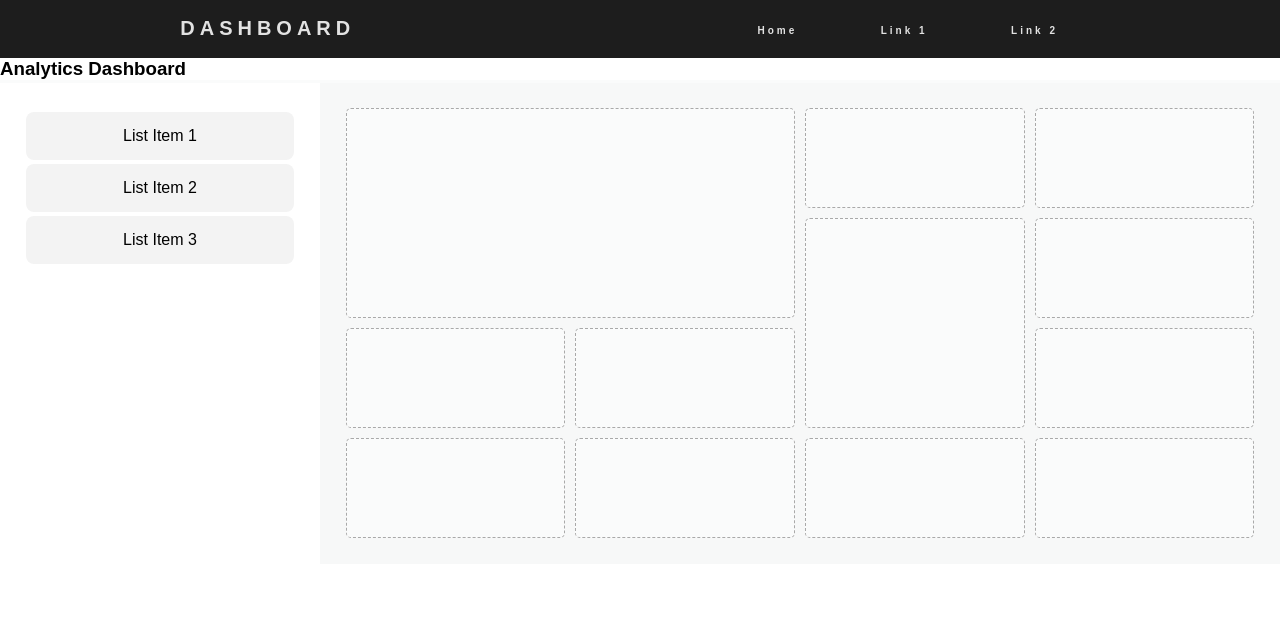
Repository: nourabdelhakam/drag-drop
Page: index.html
These files come from the project's save history. The page is drawn as it stood at one moment and after the next save; the edit follows.
The browser window is 1280 px wide. The pictures show the whole page.

Above is the page before, as saved 2020-07-03 11:39:04.

### index.html
<!DOCTYPE html>
<html lang="en">
<head>
    <meta charset="UTF-8">
    <meta name="viewport" content="width=device-width, initial-scale=1.0">
    <meta http-equiv="X-UA-Compatible" content="ie=edge">
    <title>Drag & Drop</title>
    <link rel="stylesheet" href="nav/nav.css">
    <link rel="stylesheet" href="css/main.css">
</head>
<body>

    <!-- <nav> -->
        <nav>
            <div class="logo">
                <h4>Dashboard</h4>
            </div>
            <ul class="nav-links">
                <li><a href="">Home</a></li>
                <li><a href="">Link 1</a></li>
                <li><a href="">Link 2</a></li>
            </ul>
            <div class="burger">
                <div class="line1"></div>
                <div class="line2"></div>
                <div class="line3"></div>
            </div>
        </nav>
      <!-- </nav> end of nav -->

      <section>
          <h3>Analytics Dashboard</h3>
          <div class="container">
            <div class="left">
                <div class="list">
                    <div class="list-item" draggable="true">List Item 1</div>
                    <div class="list-item" draggable="true">List Item 2</div>
                    <div class="list-item" draggable="true">List Item 3</div>
                </div>
              </div>
              <div class="right">
                  <div class="wrapper">
                    <div class="list"></div>
                    <div class="list"></div>
                    <div class="list"></div>
                    <div class="list"></div>
                    <div class="list"></div>
                    <div class="list"></div>
                    <div class="list"></div>
                    <div class="list"></div>
                    <div class="list"></div>
                    <div class="list"></div>
                    <div class="list"></div>
                    <div class="list"></div>
                  </div>
              </div>
          </div>
      </section>

    <script src="main.js" type="text/javascript"></script>
    <script src="nav/nav.js" type="text/javascript"></script>
</body>
</html>

### nav/nav.css
nav {
    display: flex;
    justify-content: space-around;
    align-items: center;
    min-height: 8vh;
    background-color: #1D1D1D;
    font-family: "Poppins", sans-serif;
}
.logo {
    color: rgb(226, 226, 226);
    text-transform: uppercase;
    letter-spacing: 5px;
    font-size: 20px;
}
.nav-links {
    display: flex;
    justify-content: space-around;
    width: 30%;
}
.nav-links li {
    list-style: none;
}
.nav-links a {
    color: rgb(226, 226, 226);
    text-decoration: none;
    letter-spacing: 3px;
    font-weight: bold;
    font-size: 10px;
}
.burger {
    display: none;
    cursor: pointer;
}
.burger div {
    width: 25px;
    height: 3px;
    background-color: rgb(226, 226, 226);
    margin: 5px;
    transition: all 0.3s ease;
}


@media screen and (max-width:1024px) {
    .nav-links {
        width: 60%;
    }
}

@media screen and (max-width:768px) {

    body {
        overflow-x: hidden;
    }
    .nav-links {
        position: absolute;
        right: 0px;
        height: 92vh;
        top: 8vh;
        background-color: #1D1D1D;
        display: flex;
        flex-direction: column;
        align-items: center;
        width: 50%;
        transform: translatex(100%);
        transition: transform 0.5s ease-in;
    }
    .nav-links li {
        opacity: 0;
    }
    .burger {
        display: block;
    }
}

.nav-active {
    transform: translatex(0%);
}

@keyframes navLinkFade {
    from {
        opacity: 0;
        transform: translatex(50%);
    }
    to {
        opacity: 1;
        transform: translatex(0%);
    }
}

.toggle .line1 {
    transform: rotate(-45deg) translate(-5px, 6px);
}
.toggle .line2 {
    opacity: 0;
}
.toggle .line3 {
    transform: rotate(45deg) translate(-5px, -6px);
}

.landing {
    height: 90vh;
    display: flex;
    justify-content: center;
    align-items: center;
}
.landing h1 {
    margin: 100px;
    font-size: 50px;
    color: #ae5fce;
}

### css/main.css
* {
    margin: 0;
    padding: 0;
    box-sizing: border-box;
}
body {
    font-family: Arial, Helvetica, sans-serif;
}
.container {
    border-top: 3px solid #FAFBFB;
}
.left {
    width: 25%;
    height: 100%;
    float: left;
    padding: 2%;
}
.right {
    width: 75%;
    height: 100%;
    float: left;
    padding: 2%;
    background-color: #F7F8F8;
}

.list-item {
    background-color: #F3F3F3;
    border-radius: 8px;
    padding: 15px 20px;
    text-align: center;
    margin: 4px 0;
}

.wrapper > div {
    border: 1px dashed darkgrey;
    border-radius: 5px;
    background-color: #FAFBFB;
    padding: 1em;
}
.wrapper {
  display: grid;
  grid-template-columns: repeat(4, 1fr);
  grid-auto-rows: 100px;
  grid-gap: 10px;
}
 .wrapper div:nth-child(2) {
   grid-column: 3;
   grid-row: 2 / 4;
}
 .wrapper div:nth-child(5) {
   grid-column: 1 / 3;
   grid-row: 1 / 3;
}

### main.js
const list_items = document.querySelectorAll('.list-item');
const lists = document.querySelectorAll('.list');

let draggedItem = null;

for (let i = 0; i < list_items.length; i++) {
	const item = list_items[i];

	item.addEventListener('dragstart', function () {
		draggedItem = item;
		setTimeout(function () {
			item.style.display = 'none';
		}, 0)
	});

	item.addEventListener('dragend', function () {
		setTimeout(function () {
			draggedItem.style.display = 'block';
			draggedItem = null;
		}, 0);
	})

	for (let j = 0; j < lists.length; j ++) {
		const list = lists[j];

		list.addEventListener('dragover', function (e) {
			e.preventDefault();
		});

		list.addEventListener('dragenter', function (e) {
			e.preventDefault();
			this.style.backgroundColor = '#F9FDFF';
		});

		list.addEventListener('dragleave', function (e) {
			this.style.backgroundColor = '#FFFFFF';
		});

		list.addEventListener('drop', function (e) {
			console.log('drop');
			this.append(draggedItem);
			this.style.backgroundColor = 'rgba(0, 0, 0, 0.1)';
		});
	}
}

### nav/nav.js
const navSlide = () => {
    const burger = document.querySelector('.burger');
    const nav = document.querySelector('.nav-links');
    const navLinks = document.querySelectorAll('.nav-links li');


    burger.addEventListener('click', () => {

        //Toggle Nav
        nav.classList.toggle('nav-active');

        //Animate Links
        navLinks.forEach((link, index) => {

            if (link.style.animation) {
                link.style.animation = '';
            } else {
                link.style.animation = `navLinkFade 0.5s ease forwards ${index / 7 + 0.3}s`;
            }

        });

        //Burger Animation
        burger.classList.toggle('toggle');
    });

}

navSlide();

After the next save:
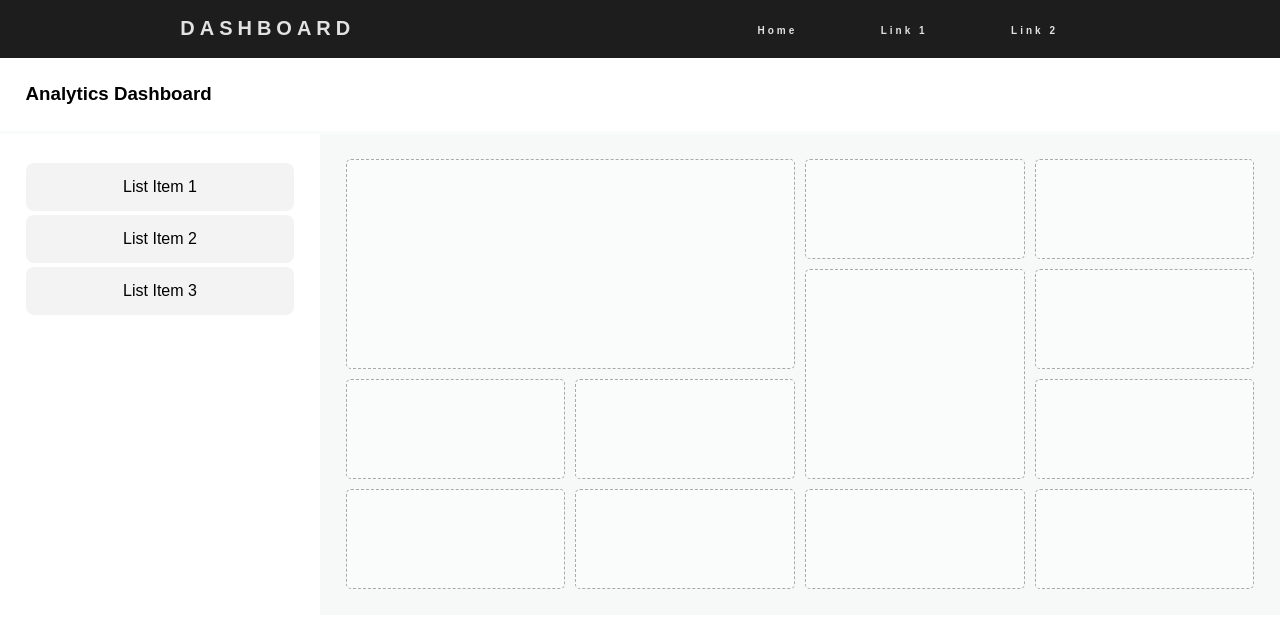
Saved 42 s later.
--- a/css/main.css
+++ b/css/main.css
@@ -5,6 +5,9 @@
 }
 body {
     font-family: Arial, Helvetica, sans-serif;
+}
+h3 {
+    padding: 2%;
 }
 .container {
     border-top: 3px solid #FAFBFB;
